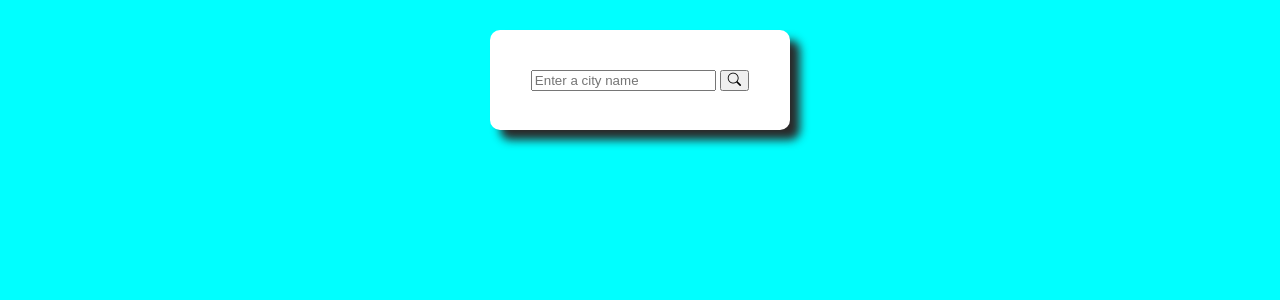
Repository: CrissRT/weather
Page: index.html
These files come from the project's save history. The page is drawn as it stood at one moment and after the next save; the edit follows.
The browser window is 1280 px wide. The pictures show the whole page.

Above is the page before, as saved 2024-06-30 15:17:05.

### index.html
<!DOCTYPE html>
<html lang="en">
<head>
    <link rel="stylesheet" href="style.css">
    <meta charset="UTF-8">
    <meta name="viewport" content="width=device-width, initial-scale=1.0">
    <title>Weather By Criss</title>
    <!-- <link href="https://cdn.jsdelivr.net/npm/bootstrap@5.3.3/dist/css/bootstrap.min.css" rel="stylesheet" integrity="sha384-QWTKZyjpPEjISv5WaRU9OFeRpok6YctnYmDr5pNlyT2bRjXh0JMhjY6hW+ALEwIH" crossorigin="anonymous"> -->
    <link rel="stylesheet" href="https://cdn.jsdelivr.net/npm/bootstrap-icons@1.11.3/font/bootstrap-icons.min.css">
</head>
<body>
    <div class="main-app default-main-app">
        <div class="search-bar">
            <input type="text" id="search-input" placeholder="Enter a city name">
            <button type="button" id="search-button"><i class="bi bi-search"></i></button>
        </div>
    </div>

    <!-- Scripts -->
     <!-- Bootstrap -->
    <script src="https://cdn.jsdelivr.net/npm/bootstrap@5.3.3/dist/js/bootstrap.bundle.min.js" integrity="sha384-YvpcrYf0tY3lHB60NNkmXc5s9fDVZLESaAA55NDzOxhy9GkcIdslK1eN7N6jIeHz" crossorigin="anonymous"></script>
    <!-- Own Script -->
    <script src="scripts.js"></script>
</body>
</html>

### style.css
body {
    width: 100%;
    margin: 0;
    background-color: aqua;
    display: flex;
    justify-content: center;
    align-items: center;
}

.main-app{
    display: flex;
    flex-direction: column;
    justify-content: center;
    align-items: center;
    background-color:white;
    border-radius: 10px;
    margin: 30px 0 30px 0;
    box-shadow: rgb(42, 42, 42) 10px 10px 10px;
}

/* Use this class when a user searched the location */
.searched-location-main-app {
    width: 550px;
    height: 750px;
}

/* Use this class when a user firstly entered your app */
.default-main-app {
    width: 300px;
    height: 100px;
}

#search-bar {
    outline: none;
    border: none;
}

Loaded but not shown: scripts.js (common file)

After the next save:
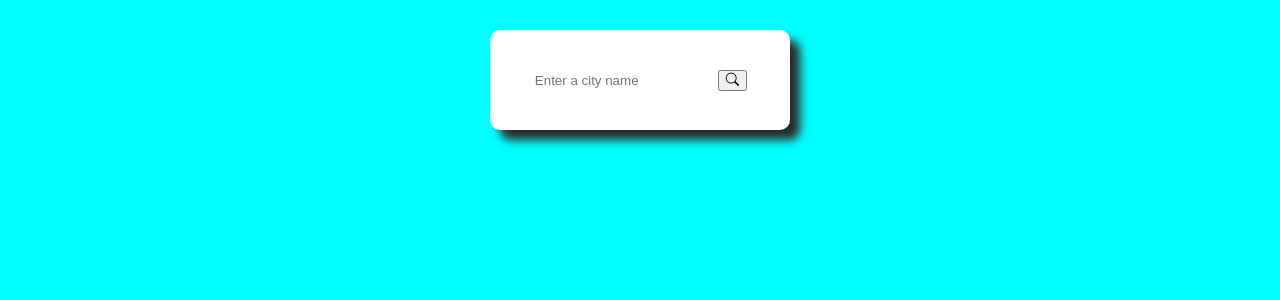
Saved 58 s later.
--- a/style.css
+++ b/style.css
@@ -30,7 +30,7 @@ body {
     height: 100px;
 }
 
-#search-bar {
+#search-input {
     outline: none;
     border: none;
 }
